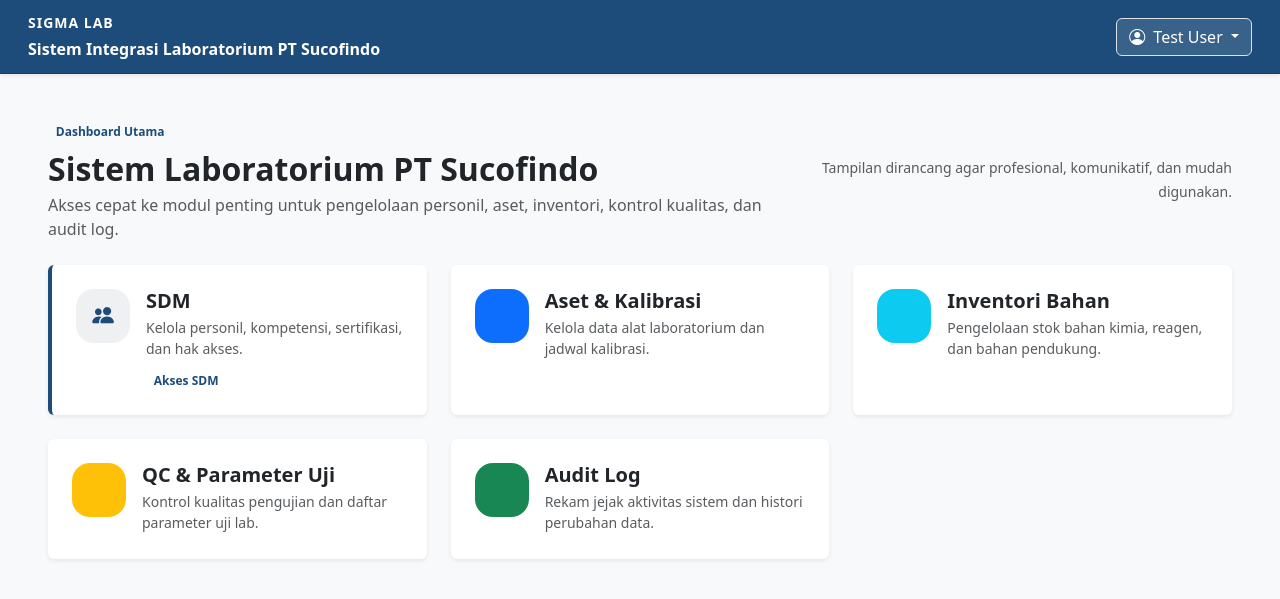
Repository: amelianeesa/sigmalab
Page: http://localhost/dashboard
The author's editor kept a copy of each file at every save. The page is drawn from the files as they stood at one save, then again after the next save.
The browser window is 1280 px wide. The pictures show the whole page.
The page is served by the project's Laravel application, run on PHP 8.4 with Laravel 12. A made-up administrator, Test User (test@example.com), is signed in. Other server files are loaded and not shown.

Above is the page before, as saved 2026-08-06 13:30:14.

### routes/web.php
<?php

use Illuminate\Support\Facades\Route;
use App\Http\Controllers\AuthController;
use App\Http\Controllers\SdmController;

Route::get('/', [AuthController::class, 'showLogin']);
Route::get('/login', [AuthController::class, 'showLogin'])->name('login');
Route::post('/login', [AuthController::class, 'processLogin'])->name('login.process');

Route::get('/register', [AuthController::class, 'showRegister'])->name('register');
Route::post('/register', [AuthController::class, 'processRegister'])->name('register.process');

Route::post('/logout', [AuthController::class, 'logout'])->name('logout');

Route::middleware(['auth'])->group(function () {

    Route::get('/dashboard', function () {
        return view('dashboard-index');
    })->name('dashboard');

    Route::get('/sdm', [SdmController::class, 'index'])->name('sdm.index');
    Route::get('/sdm/create', [SdmController::class, 'create'])->name('sdm.create');
    Route::post('/sdm', [SdmController::class, 'store'])->name('sdm.store');
    Route::get('/sdm/{id}/edit', [SdmController::class, 'edit'])->name('sdm.edit');
    Route::put('/sdm/{id}', [SdmController::class, 'update'])->name('sdm.update');
    Route::delete('/sdm/{id}', [SdmController::class, 'destroy'])->name('sdm.destroy');
    Route::patch('/sdm/{id}/aktifkan', [SdmController::class, 'activate'])->name('sdm.activate');
    Route::delete('/sdm/{id}/permanen', [SdmController::class, 'forceDestroy'])->name('sdm.force-destroy');

    Route::get('/sdm/{id}/kompetensi', [SdmController::class, 'kompetensiDetail'])->name('sdm.kompetensi.detail');
    Route::post('/sdm/{id}/kompetensi', [SdmController::class, 'storeKompetensi'])->name('sdm.kompetensi.store');
    Route::put('/sdm/{id}/kompetensi/{kompetensiId}', [SdmController::class, 'updateKompetensi'])->name('sdm.kompetensi.update');
    Route::delete('/sdm/{id}/kompetensi/{kompetensiId}', [SdmController::class, 'destroyKompetensi'])->name('sdm.kompetensi.destroy');
    Route::get('/sdm/{id}/cv', [SdmController::class, 'showCv'])->name('sdm.cv');
});

### app/Models/User.php
<?php

namespace App\Models;

use Illuminate\Database\Eloquent\Factories\HasFactory;
use Illuminate\Foundation\Auth\User as Authenticatable;
use Illuminate\Notifications\Notifiable;

class User extends Authenticatable
{
    use HasFactory, Notifiable;

    protected $table = 'users';
    protected $primaryKey = 'users_id';

    protected $fillable = [
        'personil_id',
        'username',
        'email',
        'password',
        'role_id',
        'status_aktif',
    ];

    protected $hidden = [
        'password',
    ];

    public function personil()
    {
        return $this->belongsTo(Personil::class, 'personil_id', 'personil_id');
    }

    public function role()
    {
        return $this->belongsTo(Role::class, 'role_id', 'roles_id');
    }
}

### resources/views/dashboard-index.blade.php
@extends('layouts.app')

@section('content')
<div class="container-fluid px-4 py-4">
    <div class="d-flex flex-column flex-md-row justify-content-between align-items-start align-items-md-center mb-4 gap-3">
        <div>
            <span class="badge rounded-pill bg-sdm-600 bg-opacity-10 text-sdm-600 mb-2">Dashboard Utama</span>
            <h2 class="fw-bold text-dark mb-1">Sistem Laboratorium PT Sucofindo</h2>
            <p class="text-muted mb-0">Akses cepat ke modul penting untuk pengelolaan personil, aset, inventori, kontrol kualitas, dan audit log.</p>
        </div>
        <div class="text-md-end">
            <small class="text-muted">Tampilan dirancang agar profesional, komunikatif, dan mudah digunakan.</small>
        </div>
    </div>

    <div class="row g-4">
        <div class="col-12 col-sm-6 col-lg-4">
            <a href="{{ route('sdm.index') }}" class="text-decoration-none">
                <div class="card h-100 border-0 shadow-sm module-card border-start border-4 border-sdm-600">
                    <div class="card-body d-flex gap-3 p-4">
                        <div class="module-icon bg-sdm-50 text-sdm-600">
                            <i class="bi bi-people-fill"></i>
                        </div>
                        <div>
                            <h5 class="fw-semibold mb-1 text-dark">SDM</h5>
                            <p class="text-muted small mb-2">Kelola personil, kompetensi, sertifikasi, dan hak akses.</p>
                            <span class="badge rounded-pill bg-sdm-600 bg-opacity-10 text-sdm-600">Akses SDM</span>
                        </div>
                    </div>
                </div>
            </a>
        </div>

        <div class="col-12 col-sm-6 col-lg-4">
            <a href="#" class="text-decoration-none">
                <div class="card h-100 border-0 shadow-sm module-card">
                    <div class="card-body d-flex gap-3 p-4">
                        <div class="module-icon bg-primary bg-opacity-15 text-primary">
                            <i class="bi bi-gear-wide-connected"></i>
                        </div>
                        <div>
                            <h5 class="fw-semibold mb-1 text-dark">Aset & Kalibrasi</h5>
                            <p class="text-muted small mb-0">Kelola data alat laboratorium dan jadwal kalibrasi.</p>
                        </div>
                    </div>
                </div>
            </a>
        </div>

        <div class="col-12 col-sm-6 col-lg-4">
            <a href="#" class="text-decoration-none">
                <div class="card h-100 border-0 shadow-sm module-card">
                    <div class="card-body d-flex gap-3 p-4">
                        <div class="module-icon bg-info bg-opacity-15 text-info">
                            <i class="bi bi-box-seam"></i>
                        </div>
                        <div>
                            <h5 class="fw-semibold mb-1 text-dark">Inventori Bahan</h5>
                            <p class="text-muted small mb-0">Pengelolaan stok bahan kimia, reagen, dan bahan pendukung.</p>
                        </div>
                    </div>
                </div>
            </a>
        </div>

        <div class="col-12 col-sm-6 col-lg-4">
            <a href="#" class="text-decoration-none">
                <div class="card h-100 border-0 shadow-sm module-card">
                    <div class="card-body d-flex gap-3 p-4">
                        <div class="module-icon bg-warning bg-opacity-15 text-warning">
                            <i class="bi bi-check2-circle"></i>
                        </div>
                        <div>
                            <h5 class="fw-semibold mb-1 text-dark">QC & Parameter Uji</h5>
                            <p class="text-muted small mb-0">Kontrol kualitas pengujian dan daftar parameter uji lab.</p>
                        </div>
                    </div>
                </div>
            </a>
        </div>

        <div class="col-12 col-sm-6 col-lg-4">
            <a href="#" class="text-decoration-none">
                <div class="card h-100 border-0 shadow-sm module-card">
                    <div class="card-body d-flex gap-3 p-4">
                        <div class="module-icon bg-success bg-opacity-15 text-success">
                            <i class="bi bi-journal-text"></i>
                        </div>
                        <div>
                            <h5 class="fw-semibold mb-1 text-dark">Audit Log</h5>
                            <p class="text-muted small mb-0">Rekam jejak aktivitas sistem dan histori perubahan data.</p>
                        </div>
                    </div>
                </div>
            </a>
        </div>
    </div>
</div>

<style>
    .module-card {
        transition: transform .18s ease, box-shadow .18s ease;
    }
    .module-card:hover {
        transform: translateY(-3px);
        box-shadow: 0 18px 48px rgba(15,35,59,.08);
    }
    .module-icon {
        width: 54px;
        height: 54px;
        min-width: 54px;
        border-radius: 18px;
        display: grid;
        place-items: center;
        font-size: 1.35rem;
    }
    .sdm-card {
        background-color: #faf5ff;
    }
    .text-purple {
        color: #7e22ce;
    }
    .border-sdm-600 {
        border-color: var(--sdm-600) !important;
    }
    .bg-sdm-50 {
        background-color: var(--sdm-50) !important;
    }
    .text-sdm-600 {
        color: var(--sdm-600) !important;
    }
</style>
@endsection

### resources/views/layouts/app.blade.php
<!DOCTYPE html>
<html lang="id">

<head>
    <meta charset="UTF-8">
    <title>Dashboard - SIGMALAB Sucofindo</title>
    <link href="https://cdn.jsdelivr.net/npm/bootstrap@5.3.0/dist/css/bootstrap.min.css" rel="stylesheet">
    <link href="https://cdn.jsdelivr.net/npm/bootstrap-icons@1.10.5/font/bootstrap-icons.css" rel="stylesheet">
    <style>
        body {
            background-color: #f8f9fa;
        }

        :root{
            --sdm-50: #eef0f1;
            --sdm-500: #1d4c7a;
            --sdm-600: #1d4c7a;
            --sdm-700: #163d63;
        }

        #content {
            margin-left: 0;
            padding: 24px;
            padding-top: 20px;
        }

        .top-navbar {
            background: var(--sdm-600);
            padding: 12px 28px;
            border-bottom: 1px solid var(--sdm-700);
            margin-left: 0;
            display: flex;
            justify-content: space-between;
            align-items: center;
            position: sticky;
            top: 0;
            z-index: 1020;
            min-height: 64px;
            color: #fff;
        }
        .top-navbar .text-secondary { color: rgba(255,255,255,.75) !important; }
        .top-navbar .fw-bold { color: #fff !important; }
        .top-navbar .dropdown .btn {
            background: rgba(255,255,255,.12);
            color: #fff;
            border-color: rgba(255,255,255,.18);
        }

        /* Prevent long/unexpected text from breaking header layout */
        .top-navbar .dropdown button {
            max-width: 220px;
            overflow: hidden;
            text-overflow: ellipsis;
            white-space: nowrap;
        }

        /* Make cards in dashboard more consistent and avoid overflow */
        .card.h-100 .card-body { min-height: 120px; }
        .card .card-body p { word-break: break-word; }
        /* Module card utilities */
        .module-card { transition: transform .12s ease, box-shadow .12s ease, border-color .12s ease; }
        .module-card:hover { transform: translateY(-4px); box-shadow: 0 12px 30px rgba(15,35,59,.08); }
        .sdm-highlight { border-color: var(--sdm-600) !important; }

        /* SDM theme helpers */
        .sdm-text { color: var(--sdm-600) !important; }
        .sdm-btn { background: var(--sdm-600); border-color: var(--sdm-600); color: #fff; }
        .sdm-border { border-color: rgba(76,29,149,0.12); }
    </style>
</head>

<body>
    <!-- Sidebar removed: content now full-width -->

    <div class="top-navbar shadow-sm">
        <div>
            <span class="text-uppercase text-secondary fs-7 fw-bold d-block mb-1" style="font-size: 14px; letter-spacing: 1px;">SIGMA LAB</span>
            <div class="mb-0 fw-bold">Sistem Integrasi Laboratorium PT Sucofindo</div>
        </div>
        <div class="dropdown">
            <button class="btn btn-light dropdown-toggle border" type="button" data-bs-toggle="dropdown" title="Profil">
                <i class="bi bi-person-circle me-1"></i> {{ Auth::user()->name ?? Auth::user()->username ?? 'Pengguna' }}
            </button>
            <ul class="dropdown-menu dropdown-menu-end">
                <li>
                    <form action="{{ route('logout') }}" method="POST">
                        @csrf
                        <button type="submit" class="dropdown-item text-danger"><i
                                class="bi bi-box-arrow-right me-2"></i> Logout</button>
                    </form>
                </li>
            </ul>
        </div>
    </div>

    <div id="content">
        @yield('content')
    </div>

    <script src="https://cdn.jsdelivr.net/npm/bootstrap@5.3.0/dist/js/bootstrap.bundle.min.js"></script>
</body>

</html>

After the next save:
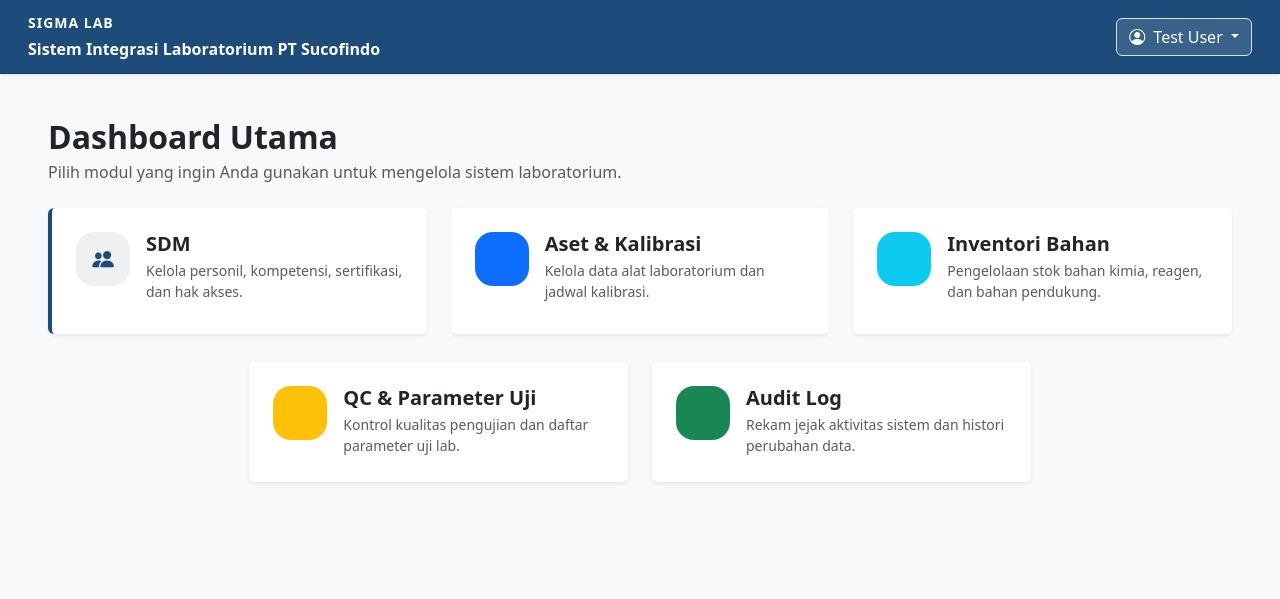
Saved 71 s later.
--- a/resources/views/dashboard-index.blade.php
+++ b/resources/views/dashboard-index.blade.php
@@ -2,15 +2,9 @@
 
 @section('content')
 <div class="container-fluid px-4 py-4">
-    <div class="d-flex flex-column flex-md-row justify-content-between align-items-start align-items-md-center mb-4 gap-3">
-        <div>
-            <span class="badge rounded-pill bg-sdm-600 bg-opacity-10 text-sdm-600 mb-2">Dashboard Utama</span>
-            <h2 class="fw-bold text-dark mb-1">Sistem Laboratorium PT Sucofindo</h2>
-            <p class="text-muted mb-0">Akses cepat ke modul penting untuk pengelolaan personil, aset, inventori, kontrol kualitas, dan audit log.</p>
-        </div>
-        <div class="text-md-end">
-            <small class="text-muted">Tampilan dirancang agar profesional, komunikatif, dan mudah digunakan.</small>
-        </div>
+    <div class="mb-4">
+        <h2 class="fw-bold text-dark mb-1">Dashboard Utama</h2>
+        <p class="text-muted mb-0">Pilih modul yang ingin Anda gunakan untuk mengelola sistem laboratorium.</p>
     </div>
 
     <div class="row g-4">
@@ -24,7 +18,6 @@
                         <div>
                             <h5 class="fw-semibold mb-1 text-dark">SDM</h5>
                             <p class="text-muted small mb-2">Kelola personil, kompetensi, sertifikasi, dan hak akses.</p>
-                            <span class="badge rounded-pill bg-sdm-600 bg-opacity-10 text-sdm-600">Akses SDM</span>
                         </div>
                     </div>
                 </div>
@@ -62,7 +55,9 @@
                 </div>
             </a>
         </div>
+    </div>
 
+    <div class="row justify-content-center g-4 mt-1">
         <div class="col-12 col-sm-6 col-lg-4">
             <a href="#" class="text-decoration-none">
                 <div class="card h-100 border-0 shadow-sm module-card">
